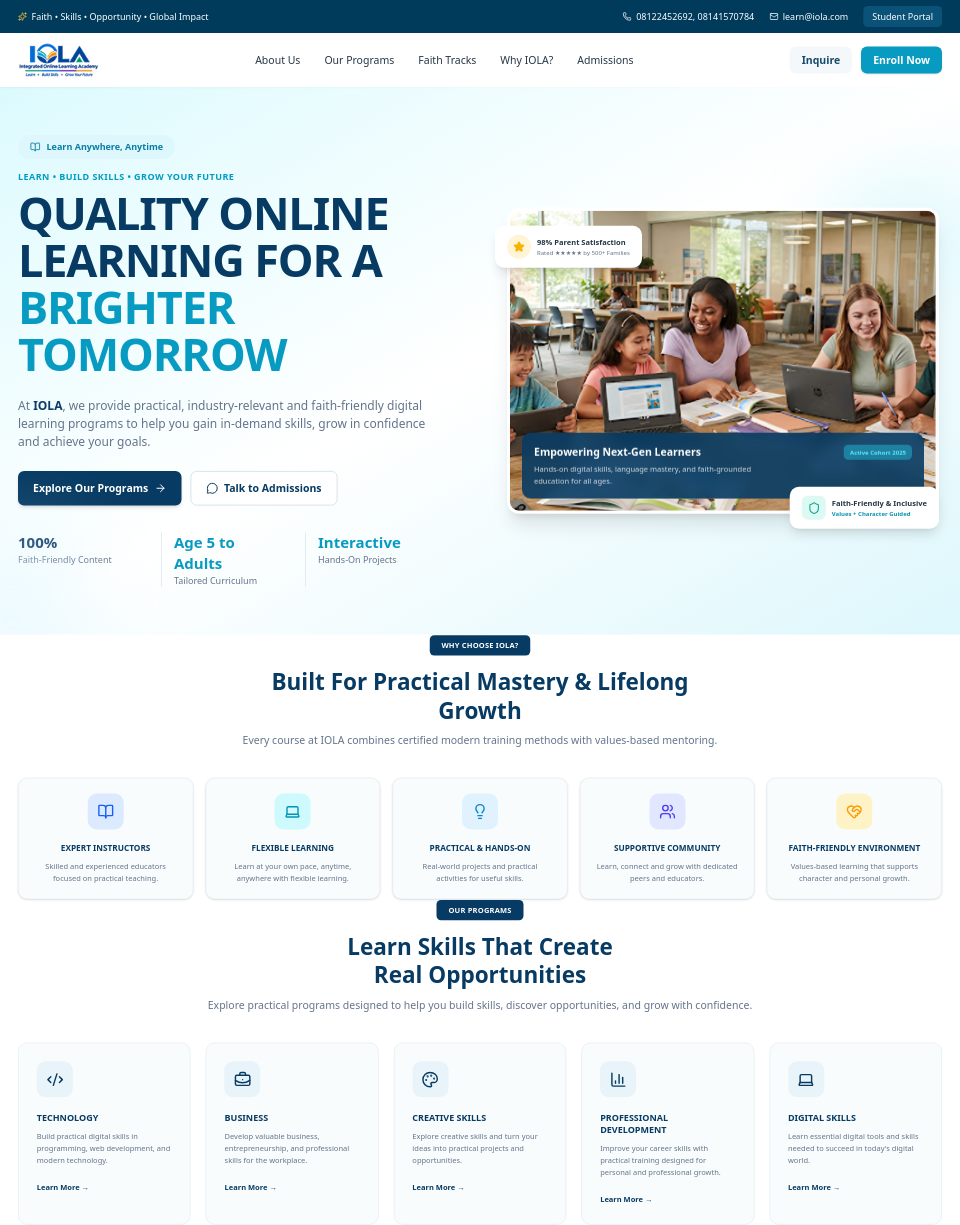
Repository: segunrotini/iola
Page: /
The author's editor kept a copy of each file at every save. The page is drawn from the files as they stood at one save, then again after the next save.
The browser window is 1280 px wide. The pictures show the whole page, at 75% of full size.
The project was rebuilt for these pictures with package versions that can differ from the ones it lists, and the page was loaded fresh each time. Also part of the build but not shown: vite.config.ts.

Above is the page before, as saved 2026-09-29 14:57:34.

After the next save:
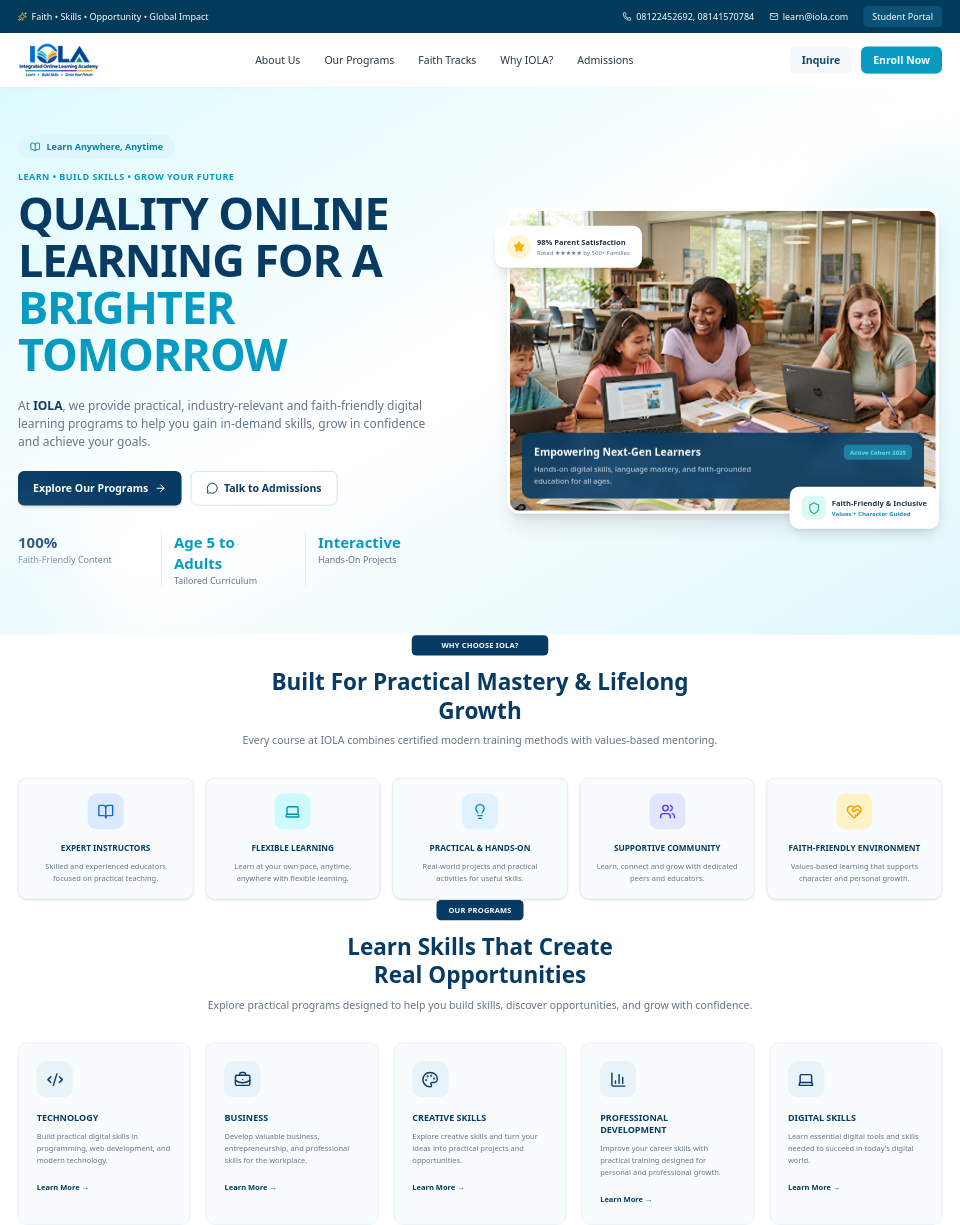
Saved 53 s later.
--- a/src/components/home/WhyChooseUs.tsx
+++ b/src/components/home/WhyChooseUs.tsx
@@ -52,9 +52,9 @@
 const WhyChooseUs = () => {
   return (
 
-      <div className="mx-auto max-w-7xl px-10 sm:px-6">
-        <div className="mx-auto max-w-2xl text-center">
-          <span className="inline-flex items-center rounded-md bg-[#073B63] px-4 py-1.5 text-[10px] font-bold uppercase tracking-wide text-white">
+      <div className="mx-auto max-w-7xl px-4 sm:px-6">
+        <div className="mx-auto max-w-3xl text-center">
+          <span className="inline-flex items-center rounded-md bg-[#073B63] px-10 py-1.5 text-[10px] font-bold uppercase tracking-wide text-white">
             Why Choose IOLA?
           </span>
 
